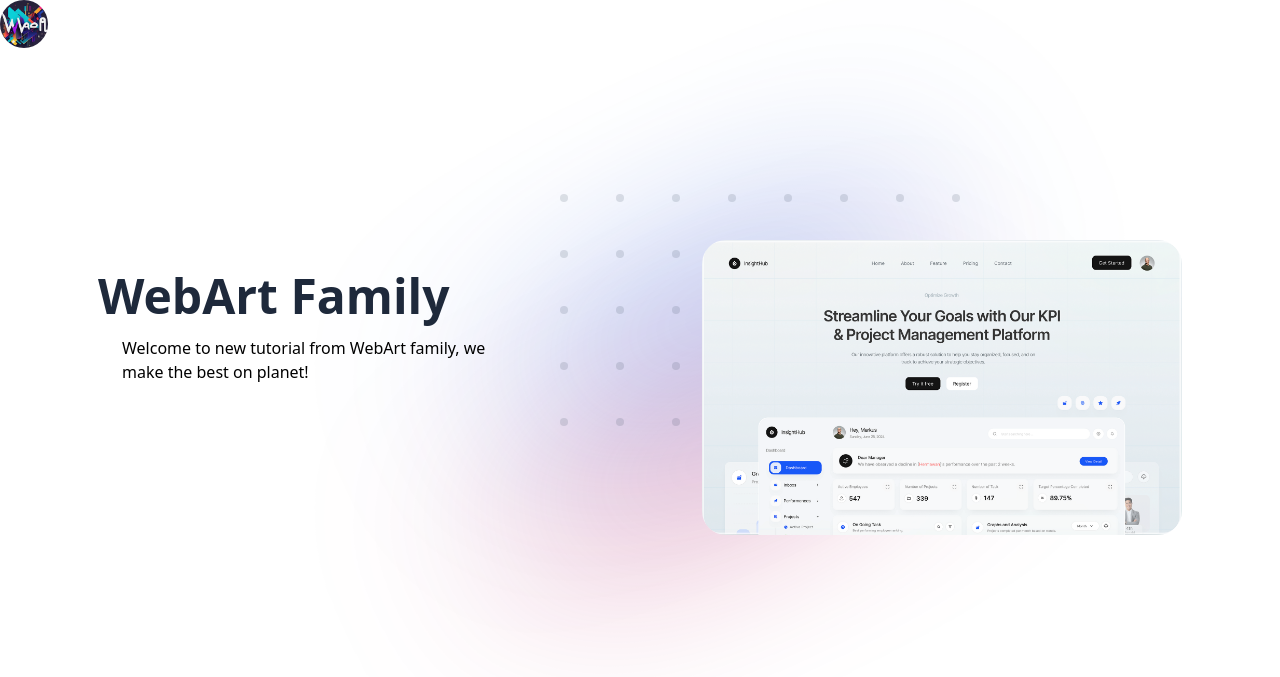
Repository: 30namp/youtube-web-art-code
Page: stunning landing page 1/index.html
The author's editor kept a copy of each file at every save. The page is drawn from the files as they stood at one save, then again after a run of saves.
The browser window is 1280 px wide. The pictures show the whole page.

Above is the page before, as saved 2024-09-26 21:05:48.

After the next 2 saves:
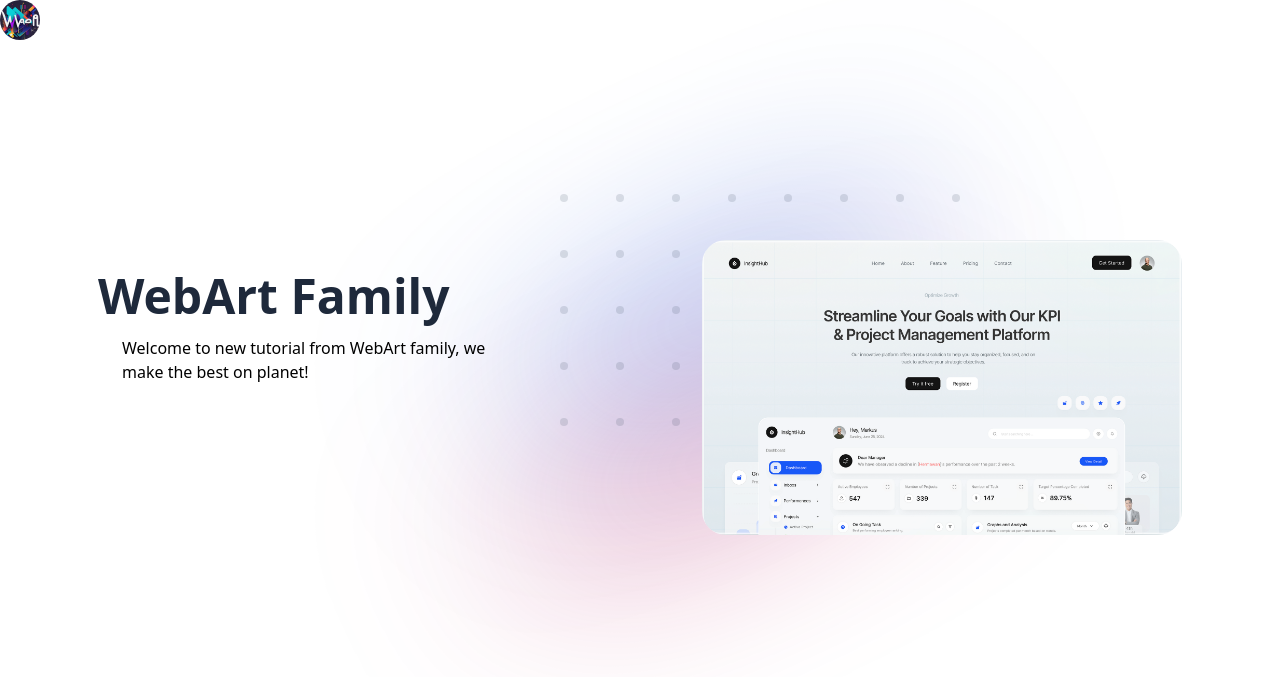
The 2 saves are shown as one change because they came seconds apart.
The last was saved 13 s later.
--- a/stunning landing page 1/index.html
+++ b/stunning landing page 1/index.html
@@ -63,7 +63,7 @@
       class="absolute top-0 left-0 right-0 flex justify-between items-center"
     >
       <a href="/">
-        <img class="size-12 rounded-full" src="./assets/img/logo.jpg" alt="" />
+        <img class="size-10 rounded-full" src="./assets/img/logo.jpg" alt="" />
       </a>
     </nav>
 
